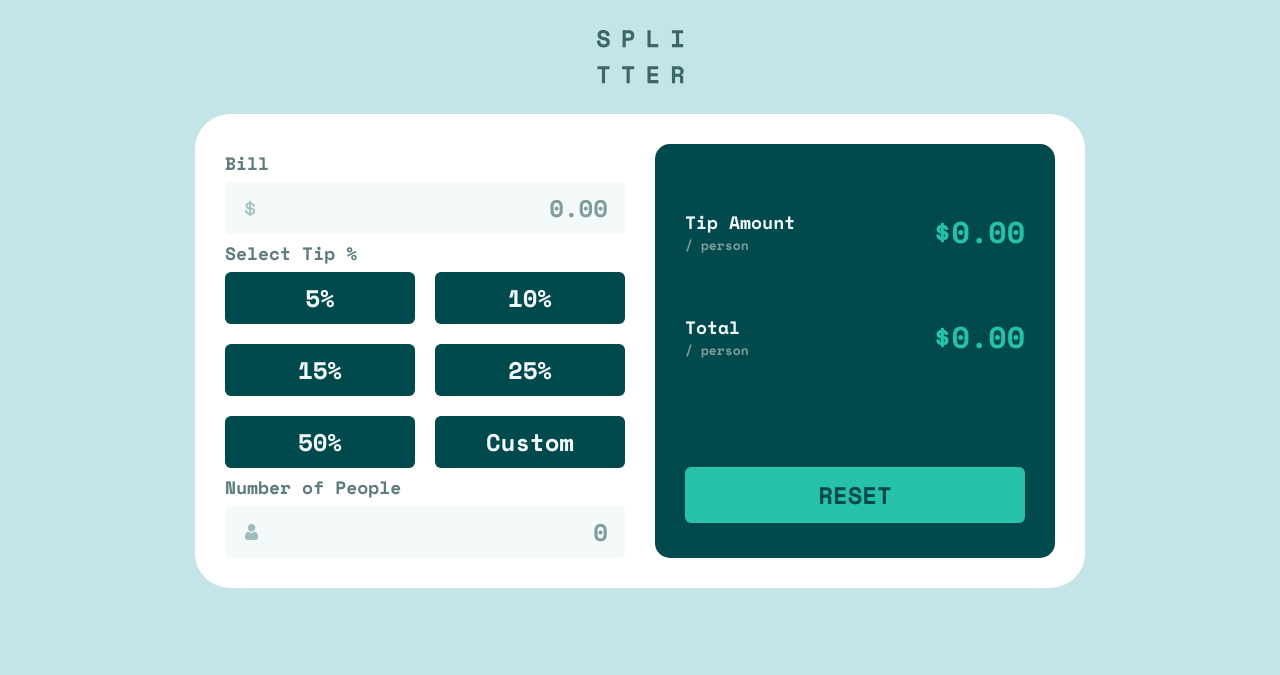
Repository: tomas938/tipcalculator
Page: /
The author's editor kept a copy of each file at every save. The page is drawn from the files as they stood at one save, then again after a run of saves.
The browser window is 1280 px wide. The pictures show the whole page.
The project was rebuilt for these pictures with package versions that can differ from the ones it lists, and the page was loaded fresh each time.

Above is the page before, as saved 2021-08-04 13:33:19.

### public/index.html
<!DOCTYPE html>
<html lang="">
	<head>
		<meta charset="utf-8" />
		<meta http-equiv="X-UA-Compatible" content="IE=edge" />
		<meta name="viewport" content="width=device-width,initial-scale=1.0" />
		<link rel="icon" href="<%= BASE_URL %>favicon.ico" />
		<link
			href="https://fonts.googleapis.com/icon?family=Material+Icons"
			rel="stylesheet"
		/>
		<title><%= htmlWebpackPlugin.options.title %></title>
	</head>
	<body>
		<noscript>
			<strong
				>We're sorry but <%= htmlWebpackPlugin.options.title %> doesn't work
				properly without JavaScript enabled. Please enable it to
				continue.</strong
			>
		</noscript>
		<div id="app"></div>
		<!-- built files will be auto injected -->
	</body>
</html>

### src/App.vue
<template>
	<router-view />
</template>

<style lang="scss">
@import url("https://fonts.googleapis.com/css2?family=Space+Mono:wght@400;700&display=swap");
$strong-cyan: hsl(172, 67%, 45%);
$dark-cyan: hsl(186, 14%, 43%);
$grayish-cyan: hsl(184, 14%, 43%);
$lower-grayish-cyan: hsl(184, 14%, 56%);
$light-grayish-cyan: hsl(185, 41%, 84%);
$lighter-grayish-cyan: hsl(189, 41%, 97%);
$white: hsl(0, 0%, 100%);
* {
	margin: 0;
	padding: 0;
	box-sizing: border-box;
	font-family: "Space Mono", monospace;
	font-size: 2.4rem;
}
body {
	background-color: hsl(185, 41%, 84%);
}
html {
	font-size: 62.5%;
	@media only screen and (min-width: 1800px) {
		font-size: 82.5%;
	}
	@media only screen and (max-width: 1000px) {
		font-size: 52.5%;
	}
	@media only screen and (max-width: 350px) {
		font-size: 32.5%;
	}
}
</style>

### src/views/Home.vue
<template>
	<div class="logo">
		<splitter></splitter>
	</div>
</template>

<script>
import Splitter from "../components/Splitter.vue";
export default {
	name: "Home",
	components: {
		Splitter,
	},
};
</script>
<style lang="scss" scoped></style>

### src/components/Splitter.vue
<template>
	<div class="splitter">
		<svg xmlns="http://www.w3.org/2000/svg" width="87" height="54">
			<path
				fill="#3D6666"
				d="M6.72 17.472c.944 0 1.792-.12 2.544-.36s1.392-.584 1.92-1.032a4.476 4.476 0 001.212-1.62c.28-.632.42-1.34.42-2.124v-.288c0-1.472-.464-2.584-1.392-3.336-.928-.752-2.272-1.288-4.032-1.608a14.615 14.615 0 01-1.74-.408c-.456-.144-.824-.308-1.104-.492-.28-.184-.476-.392-.588-.624a1.771 1.771 0 01-.168-.78c0-.56.232-1.004.696-1.332.464-.328 1.096-.492 1.896-.492.944 0 1.676.248 2.196.744.52.496.78 1.08.78 1.752v.576h3.168v-.864a5 5 0 00-.396-1.968 4.762 4.762 0 00-1.176-1.656C10.436 1.08 9.792.7 9.024.42 8.256.14 7.376 0 6.384 0c-.88 0-1.676.12-2.388.36s-1.32.576-1.824 1.008c-.504.432-.896.94-1.176 1.524-.28.584-.42 1.22-.42 1.908v.144c0 .832.144 1.536.432 2.112a3.978 3.978 0 001.212 1.44c.52.384 1.132.692 1.836.924.704.232 1.48.42 2.328.564.64.112 1.168.248 1.584.408.416.16.744.34.984.54s.408.424.504.672c.096.248.144.508.144.78 0 .576-.232 1.072-.696 1.488-.464.416-1.176.624-2.136.624-1.232 0-2.14-.3-2.724-.9-.584-.6-.876-1.404-.876-2.412v-.576H0v.72c0 .88.144 1.692.432 2.436a5.47 5.47 0 001.272 1.944c.56.552 1.26.984 2.1 1.296.84.312 1.812.468 2.916.468zm22-.336V10.8h3.408c.864 0 1.616-.144 2.256-.432a4.707 4.707 0 001.596-1.14 4.833 4.833 0 00.96-1.608c.216-.6.324-1.212.324-1.836v-.576c0-.608-.108-1.204-.324-1.788a4.625 4.625 0 00-.96-1.56A4.737 4.737 0 0034.384.756c-.64-.28-1.392-.42-2.256-.42h-6.576v16.8h3.168zm3.096-9.36H28.72V3.36h3.096c.704 0 1.26.192 1.668.576.408.384.612.88.612 1.488v.288c0 .608-.204 1.104-.612 1.488-.408.384-.964.576-1.668.576zm29.464 9.36v-3.024h-7.632V.336H50.48v16.8h10.8zm24.88 0v-3.024h-4.032V3.36h4.032V.336H74.928V3.36h4.032v10.752h-4.032v3.024H86.16zm-78.096 36V39.36h4.464v-3.024H.432v3.024h4.464v13.776h3.168zm24.688 0V39.36h4.464v-3.024H25.12v3.024h4.464v13.776h3.168zm28.624 0v-3.024h-7.728v-3.888H60.8V43.2h-7.152v-3.84h7.44v-3.024H50.48v16.8h10.896zm16.744 0V46.8h3.648c.464 0 .796.12.996.36.2.24.3.552.3.936v5.04h3.168v-5.808c0-.56-.164-1.024-.492-1.392-.328-.368-.772-.584-1.332-.648v-.432c.768-.32 1.336-.78 1.704-1.38a3.63 3.63 0 00.552-1.932v-.576c0-.64-.116-1.24-.348-1.8a4.332 4.332 0 00-1.008-1.476c-.44-.424-.988-.756-1.644-.996-.656-.24-1.416-.36-2.28-.36h-6.432v16.8h3.168zm3.024-9.36H78.12V39.36h3.024c.768 0 1.352.204 1.752.612.4.408.6.892.6 1.452v.288c0 .656-.2 1.164-.6 1.524-.4.36-.984.54-1.752.54z"
			/>
		</svg>
		<div class="calculator">
			<div class="up">
				<h3>Bill</h3>
				<div class="input-wrapper">
					<input type="text" v-model="bill" placeholder="0.00" />
					<svg xmlns="http://www.w3.org/2000/svg" width="11" height="17">
						<path
							fill="#9EBBBD"
							d="M6.016 16.328v-1.464c1.232-.08 2.22-.444 2.964-1.092.744-.648 1.116-1.508 1.116-2.58v-.144c0-.992-.348-1.772-1.044-2.34-.696-.568-1.708-.932-3.036-1.092V4.184c.56.144 1.012.4 1.356.768.344.368.516.816.516 1.344v.288h1.824v-.432c0-.448-.088-.876-.264-1.284a3.783 3.783 0 00-.744-1.116A4.251 4.251 0 007.54 2.9a5.324 5.324 0 00-1.524-.492V.872H4.288V2.36a5.532 5.532 0 00-1.416.324c-.448.168-.84.392-1.176.672-.336.28-.604.616-.804 1.008-.2.392-.3.844-.3 1.356v.144c0 .96.316 1.708.948 2.244.632.536 1.548.884 2.748 1.044v3.912c-.704-.16-1.248-.472-1.632-.936-.384-.464-.576-1.08-.576-1.848v-.288H.256v.576c0 .464.08.924.24 1.38.16.456.404.88.732 1.272.328.392.744.728 1.248 1.008s1.108.476 1.812.588v1.512h1.728zM4.288 7.424c-.688-.128-1.164-.332-1.428-.612-.264-.28-.396-.644-.396-1.092 0-.464.176-.832.528-1.104.352-.272.784-.448 1.296-.528v3.336zm1.728 5.712V9.344c.768.128 1.328.328 1.68.6.352.272.528.688.528 1.248 0 .544-.196.984-.588 1.32-.392.336-.932.544-1.62.624z"
						/>
					</svg>
				</div>
				<h3>Select Tip %</h3>
				<div class="calculator__grid">
					<div class="calculator__grid__item item-1" @click="calcTip(0.05)">
						<p>5%</p>
					</div>
					<div class="calculator__grid__item item-2" @click="calcTip(0.1)">
						<p>10%</p>
					</div>
					<div class="calculator__grid__item item-3" @click="calcTip(0.15)">
						<p>15%</p>
					</div>
					<div class="calculator__grid__item item-4" @click="calcTip(0.25)">
						<p>25%</p>
					</div>
					<div class="calculator__grid__item item-5" @click="calcTip(0.5)">
						<p>50%</p>
					</div>
					<div class="calculator__grid__item item-6"><p>Custom</p></div>
				</div>
				<h3>Number of People</h3>
				<div class="input-wrapper">
					<input type="text" v-model="numberOfPeople" placeholder="0" />
					<svg xmlns="http://www.w3.org/2000/svg" width="13" height="16">
						<path
							fill="#9EBBBD"
							d="M9.573 7.729c.406 0 .784.07 1.126.209.342.14.639.33.881.569.232.227.438.503.614.82a5.1 5.1 0 01.407.949c.097.312.178.654.242 1.016.062.359.105.699.126 1.011.02.307.031.624.031.945 0 .836-.259 1.512-.768 2.01-.504.492-1.17.742-1.98.742H2.748c-.81 0-1.477-.25-1.98-.742C.259 14.76 0 14.084 0 13.248c0-.322.01-.64.032-.945.02-.312.063-.652.126-1.01.063-.363.144-.705.242-1.017.1-.323.238-.643.407-.948.176-.318.382-.594.613-.821.243-.238.54-.43.882-.57.342-.138.72-.208 1.125-.208.16 0 .313.067.61.265.183.123.397.264.636.421.204.134.48.259.822.372.333.11.671.167 1.005.167a3.19 3.19 0 001.006-.167c.341-.113.618-.238.822-.372l.636-.42c.296-.2.45-.266.61-.266zM6.598 0C7.63 0 8.522.38 9.252 1.129s1.1 1.666 1.1 2.724c0 1.06-.37 1.976-1.1 2.725-.73.75-1.623 1.13-2.654 1.13-1.03 0-1.924-.38-2.653-1.13-.73-.749-1.1-1.666-1.1-2.725 0-1.058.37-1.975 1.1-2.724C4.675.379 5.567 0 6.598 0z"
						/>
					</svg>
				</div>
			</div>
			<div class="down">
				<div class="calculator__result">
					<div class="result">
						<div class="information">
							<p>Tip Amount</p>
							<span>/ person</span>
						</div>
						<div class="price">
							<p>${{ tip ? tip : "0.00" }}</p>
						</div>
					</div>
					<div class="result">
						<div class="information">
							<p>Total</p>
							<span>/ person</span>
						</div>
						<div class="price">
							<p>${{ bill ? bill : "0.00" }}</p>
						</div>
					</div>
					<div class="result"></div>
					<button @click="reset()">Reset</button>
				</div>
			</div>
		</div>
	</div>
</template>

<script>
export default {
	data() {
		return {
			numberOfPeople: null,
			bill: null,
			tip: null,
		};
	},
	methods: {
		calcTip(amount) {
			if (this.numberOfPeople > 0) {
				this.tip = ((this.bill * amount) / this.numberOfPeople).toFixed(2);
			} else {
				console.log("Enter at least one person");
			}
		},
		reset() {
			this.tip = null;
			this.bill = null;
			this.numberOfPeople = null;
		},
	},
};
</script>

<style lang="scss" scoped>
.splitter {
	display: flex;
	flex-direction: column;
	align-items: center;
}
.calculator {
	background-color: hsl(0, 0%, 100%);
	padding: 3rem;
	border-radius: 3.5rem;
	@media only screen and (min-width: 760px) {
		display: flex;
		grid-gap: 3rem;
	}
	&__grid {
		display: grid;
		grid-gap: 2rem;
		grid-template-columns: repeat(2, 1fr);
		grid-template-rows: repeat(3, 1fr);
		color: hsl(189, 41%, 97%);
		font-weight: 700;
		text-align: center;
		cursor: pointer;
	}
	&__grid__item {
		width: 100%;
		margin: auto;
		padding: 8px 0;
		border-radius: 6px;
		background-color: hsl(183, 100%, 15%);
		&:hover {
			transition: all 0.3s ease-in-out;
			background-color: hsl(172, 67%, 45%);
			color: hsl(183, 100%, 15%);
		}
	}
	.down {
		background-color: hsl(183, 100%, 15%);
		border-radius: 1.5rem;
	}
	&__result {
		display: flex;
		flex-direction: column;
		justify-content: space-between;
		height: 100%;
		margin-top: 2.5rem;
		padding: 3rem;
		font-weight: 700;
		.result {
			display: flex;
			justify-content: space-between;
			padding: 10px 0;
			p {
				font-size: 1.8rem;
				color: hsl(189, 41%, 97%);
			}
			span {
				font-size: 1.3rem;
				color: hsl(184, 14%, 56%);
			}
		}
		.information {
			display: flex;
			flex-direction: column;
		}
		.price {
			p {
				color: hsl(172, 67%, 45%);
				font-size: 3rem;
			}
		}
		button {
			border-radius: 6px;
			padding: 1rem 0;
			font-weight: 700;
			color: hsl(183, 100%, 15%);
			text-transform: uppercase;
			background-color: hsl(172, 67%, 45%);
			cursor: pointer;
			outline: none;
			border: none;
			@media only screen and (min-width: 760px) {
				margin-bottom: 3rem;
			}
		}
		button:hover,
		button:active {
			transition: 0.3s ease-in-out;
			background-color: hsl(185, 41%, 84%);
		}
	}
}
svg {
	margin: 3rem 0;
}
input {
	border-radius: 5px;
	border: 2px solid transparent;
	outline: none;
	background-color: hsl(189, 41%, 97%);
	color: hsl(183, 100%, 15%);
	font-weight: 700;
	text-align: right;
	padding: 0.6rem 0;
	padding-right: 1.5rem;
	width: 100%;
	&:focus,
	&:active {
		border: 2px solid hsl(172, 67%, 45%);
	}
	&::placeholder {
		color: hsl(184, 14%, 56%);
	}
}
h3 {
	margin: 6px 0;
	font-size: 1.8rem;
	color: hsl(184, 14%, 43%);
	font-weight: 700;
}
.input-wrapper {
	position: relative;
	display: flex;
	align-items: center;

	svg {
		width: 2rem;
		@media only screen and (max-width: 350px) {
			width: 3rem;
		}
		margin: 0;
		position: absolute;
		left: 5%;
	}
}
.down {
	@media only screen and (min-width: 760px) {
		width: 40rem;
	}
}
.up {
	@media only screen and (min-width: 760px) {
		width: 40rem;
	}
}
</style>

Loaded but not shown: src/main.js (common file); src/router/index.js (common file)

After the next 2 saves:
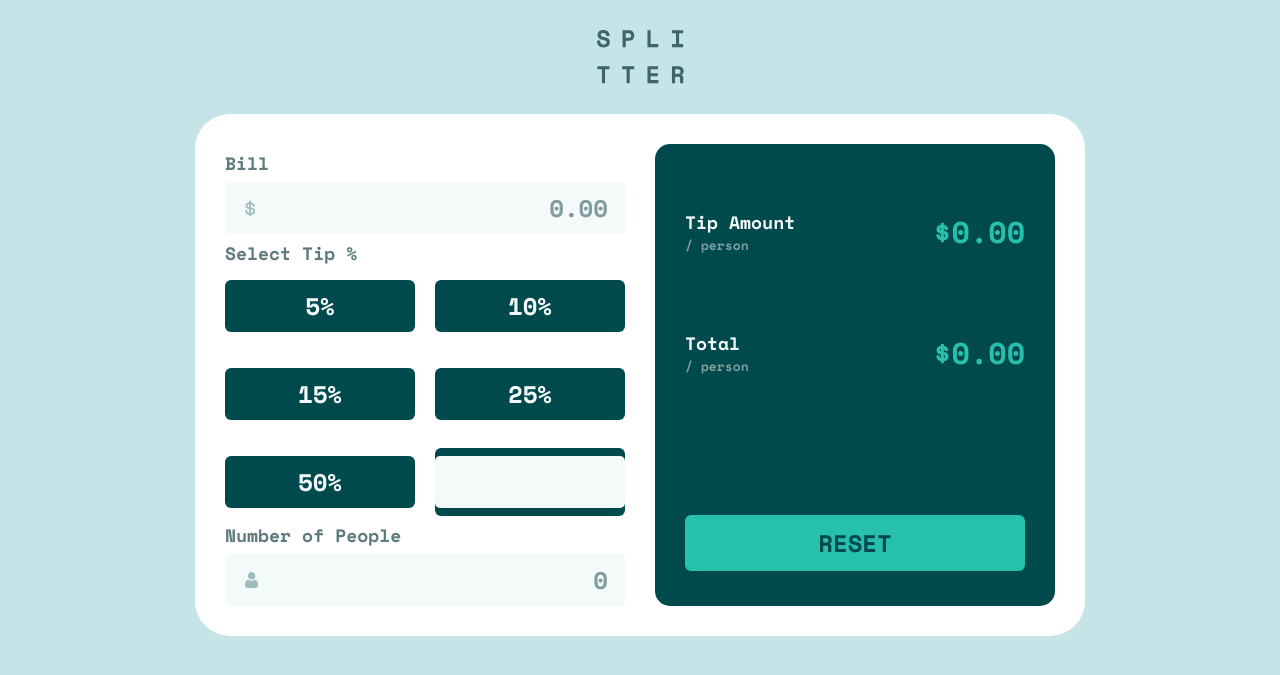
The 2 saves are shown as one change because they came seconds apart.
The last was saved 76 s later.
--- a/src/components/Splitter.vue
+++ b/src/components/Splitter.vue
@@ -35,7 +35,7 @@
 					<div class="calculator__grid__item item-5" @click="calcTip(0.5)">
 						<p>50%</p>
 					</div>
-					<div class="calculator__grid__item item-6"><p>Custom</p></div>
+					<div class="calculator__grid__item item-6"><input></input></div>
 				</div>
 				<h3>Number of People</h3>
 				<div class="input-wrapper">
